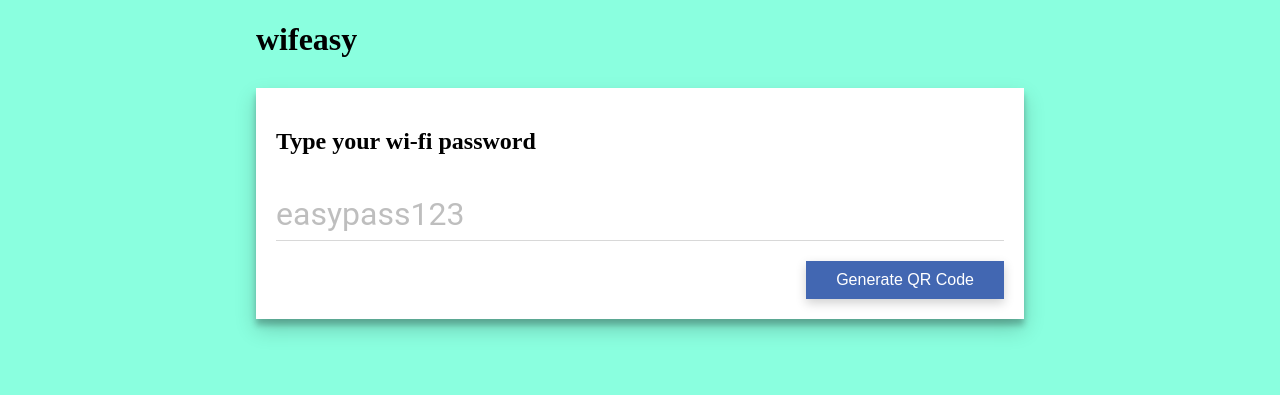
Repository: akagabi/wifeasy
Page: index.html
These files come from the project's save history. The page is drawn as it stood at one moment and after the next save; the edit follows.
The browser window is 1280 px wide. The pictures show the whole page.

Above is the page before, as saved 2018-12-25 16:38:42.

### index.html
<!DOCTYPE html>
<html lang="en">
<head>
    <meta charset="UTF-8">
    <meta name="viewport" content="width=device-width, initial-scale=1.0">
    <meta http-equiv="X-UA-Compatible" content="ie=edge">
    <title>Wifeasy</title>
    <link rel="stylesheet" href="style.css">
    <script src="qrcode.min.js"></script>
    <script src="index.js"></script>
</head>
    <body>
        <div class="wrapper">
            <header class="header">
                <h1 class="header__title">
                    wifeasy
                </h1>
            </header>
            <section class="steps">
                <article class="steps__container">
                    <form class="form">
                        <h2 class="steps__title">
                            Type your wi-fi password
                        </h2>
                        <label class="input__wrapper">
                            <div class="input__container">
                                <input type="text" id="value" class="input" placeholder="easypass123">
                                <div class="input__line"></div>
                                <span class="input__placeholder">
                                    easypass123
                                </span>
                            </div>
                        </label>
                        <div class="buttons">
                            <button class="button" type="submit">
                                Generate QR Code
                            </button>
                        </div>
                    </form>
                </article>
                <article class="steps__container steps__container--qrcode">
                    <h2 class="steps__title">
                        Here's your QR code 💪💪🎉🎉🎉
                    </h2>
                    <div id="qrcode"></div>
                    <div class="buttons">
                        <button class="button" type="submit">
                            Print and add to your fridge
                        </button>
                    </div>
                </article>
            </section>
        </div>
    </body>
</html>

### style.css
body {
    background-color: rgb(138, 255, 223);
}

* {
    box-sizing: border-box;
}

.wrapper {
    margin: 0 auto;
    max-width: 768px;
}

.header__title {
    margin-bottom: 30px;
}

.input__wrapper {
    display: block;
    margin-bottom: 20px;
}

  .input {
    font-family: "Roboto";
    background-color: transparent;
    border: 0;
    color: #333333;
    font-size: 32px;
    line-height: 1.13;
    margin-top: 23px;
    outline: none;
    margin-bottom: 5px;
    position: relative;
    transition: border 0.125s ease-in-out;
    width: 100%;
  }
  .input::placeholder {
    color: transparent;
  }

  .input:placeholder-shown + .input__line::after {
    width: 0;
  }

  .input:placeholder-shown ~ .input__placeholder {
    font-size: 32px;
    opacity: 0.25;
    transform: translateY(0);
  }

  .input__container {
    position: relative;
  }

  .input__line {
    background-color: rgba(102, 102, 102, 0.25);
    bottom: 0;
    height: 1px;
    left: 0;
    position: absolute;
    right: 0;
  }

  .input__line::after {
    background-color: #4267b2;
    content: "";
    position: absolute;
    left: 0;
    height: 2px;
    bottom: 0;
    width: 100%;
    transition: width 0.325s ease-in-out;
  }

  .input__wrapper {
    display: block;
  }

  .input__placeholder {
    font-family: "Roboto";
    bottom: 8px;
    left: 0;
    position: absolute;
    opacity: 0;
    pointer-events: none;
    transition: all 0.125s ease-in-out;
  }

.buttons {
  display: flex;
  justify-content: flex-end;
}

.button {
  background-color: #4267b2;
  box-shadow: 0 4px 10px rgba(0,0,0,0.19);
  border: 0;
  color: #fff;
  font-size: 16px;
  padding: 10px 30px;
  transition: background-color .125s ease-in-out;
}

.button:hover {
  background-color: #2f497f;
  cursor: pointer;
}

.steps {
    height: 0;
    position: relative;
    background-color: #fff;
    box-shadow: 0 10px 20px rgba(0,0,0,0.19), 0 6px 6px rgba(0,0,0,0.23);
    transition: height .225s ease-in-out;
}

.steps__container {
    left: 0;
    opacity: 0;
    transition: opacity .125s ease-in-out;
    pointer-events: none;
    position: absolute;
    width: 100%;
    padding: 20px;
}

.steps__container.visible {
    opacity: 1;
    pointer-events: auto;
    transition: opacity .125s ease-in-out .175s;
}

#qrcode {
  display: flex;
  justify-content: center;
  margin-bottom: 20px;
}

.steps__container--qrcode {
  text-align: center;
}

.steps__container--qrcode .buttons {
  justify-content: center;
}

### index.js
document.addEventListener('DOMContentLoaded', function() {
    var form = document.querySelector('.form');
    var steps = {
        wrapper: document.querySelector('.steps'),
        container: document.querySelectorAll('.steps__container')
    };
    var input = document.querySelector('#value');
    var qrCode = document.getElementById('qrcode');

    changeStep(0);

    form.addEventListener('submit', function(e) {
        e.preventDefault();
        var value = input.value;

        if (!value.length) {
            alert('You need to type something');
            return;
        }

        showQr(value);
    });

    function showQr(value) {
        new QRCode(qrCode, value);
        changeStep(1);
    }

    function changeStep(step) {
        var selected = steps.container[step];
        var bounds = selected.getBoundingClientRect();
        var height = bounds.height;

        steps.wrapper.style.height = height + 'px';

        steps.container.forEach(function(step) {
            step.classList.remove('visible');
        });

        selected.classList.add('visible');
    }
});

Loaded but not shown: qrcode.min.js (library)

After the next save:
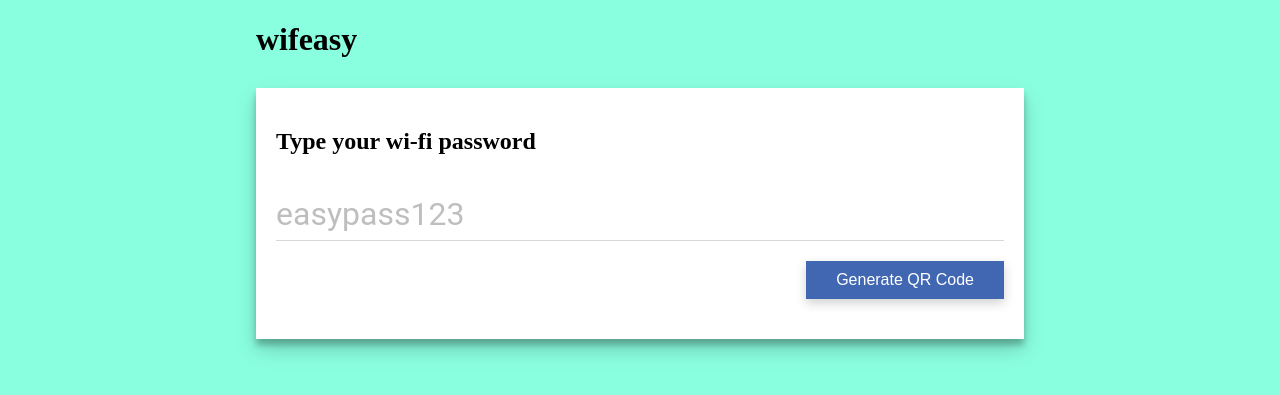
Saved 2 h 11 min later.
--- a/style.css
+++ b/style.css
@@ -121,7 +121,7 @@
     pointer-events: none;
     position: absolute;
     width: 100%;
-    padding: 20px;
+    padding: 20px 20px 40px;
 }
 
 .steps__container.visible {
@@ -143,3 +143,7 @@
 .steps__container--qrcode .buttons {
   justify-content: center;
 }
+
+@media print {
+
+}
